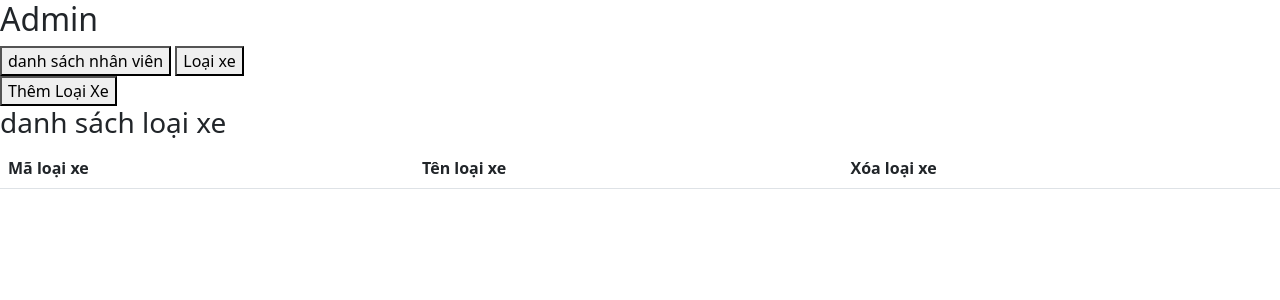
Repository: QuanghuyK1/CNPM
Page: http://localhost/CNPM/WEB-INF/views/LoaiXe/danhsach.jsp
The author's editor kept a copy of each file at every save. The page is drawn from the files as they stood at one save, then again after the next save.
The browser window is 1280 px wide. The pictures show the whole page.
The page is served by Tomcat 9. Nobody is signed in. Other server files are loaded and not shown. The template is opened directly, without the code that normally fills it, so the values that code supplies are empty.

Above is the page before, as saved 2022-04-23 07:58:47.

### CNPM-main/WebXeKhach/CNPM/src/main/webapp/WEB-INF/views/LoaiXe/danhsach.jsp
<%@ page language="java" contentType="text/html; charset=utf-8"
    pageEncoding="utf-8"%>
<%@ taglib uri="http://java.sun.com/jsp/jstl/core" prefix="c"%>
<!DOCTYPE html>
<html>
<head>
<meta charset="utf-8">
<title>Insert title here</title>
<link
	href="https://cdn.jsdelivr.net/npm/bootstrap@5.1.3/dist/css/bootstrap.min.css"
	rel="stylesheet"
	integrity="sha384-1BmE4kWBq78iYhFldvKuhfTAU6auU8tT94WrHftjDbrCEXSU1oBoqyl2QvZ6jIW3"
	crossorigin="anonymous">
</head>
<body>
	<h2>Admin</h2>
	<a href = "admin/danhsach.htm"><button>danh sách nhân viên</button></a>
	<a href = "admin/loaixe.htm"><button>Loại xe</button></a>
	<form action = "loaixe.htm"><button name = "Insert">Thêm Loại Xe</button></form>
	<h3>danh sách loại xe</h3>
	<table class="table">
	<thead>
			<tr>
				<th scope="col">Mã loại xe</th>
				<th scope="col">Tên loại xe</th>
				<th scope="col">Xóa loại xe</th>
			</tr>
		</thead>
		<tbody>
			<c:forEach items="${list}" var="i">
				<c:if test="${i.trangthai == true }">
					<tr>
						<th><a href="loaixe/${i.maLX}.htm">${i.maLX }</a></th>
						<th>${i.tenLX}</th>
					</tr>
				</c:if>
			</c:forEach>
		</tbody>
	</table>
</body>
</html>

After the next save:
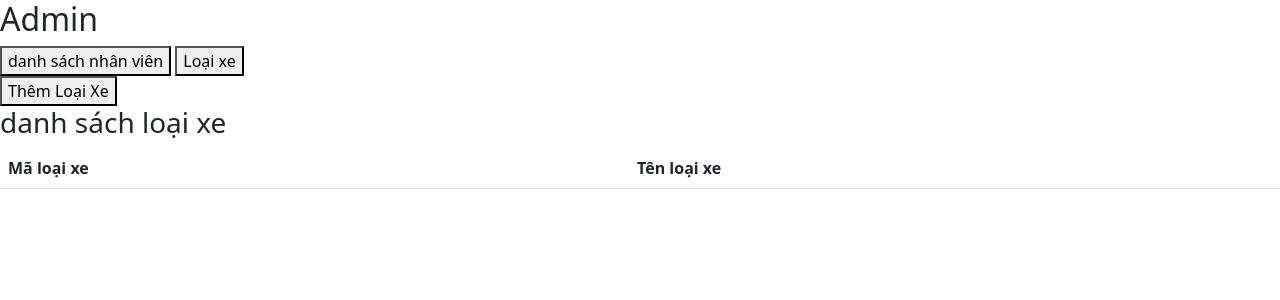
Saved 11 s later.
--- a/CNPM-main/WebXeKhach/CNPM/src/main/webapp/WEB-INF/views/LoaiXe/danhsach.jsp
+++ b/CNPM-main/WebXeKhach/CNPM/src/main/webapp/WEB-INF/views/LoaiXe/danhsach.jsp
@@ -23,7 +23,6 @@
 			<tr>
 				<th scope="col">Mã loại xe</th>
 				<th scope="col">Tên loại xe</th>
-				<th scope="col">Xóa loại xe</th>
 			</tr>
 		</thead>
 		<tbody>
